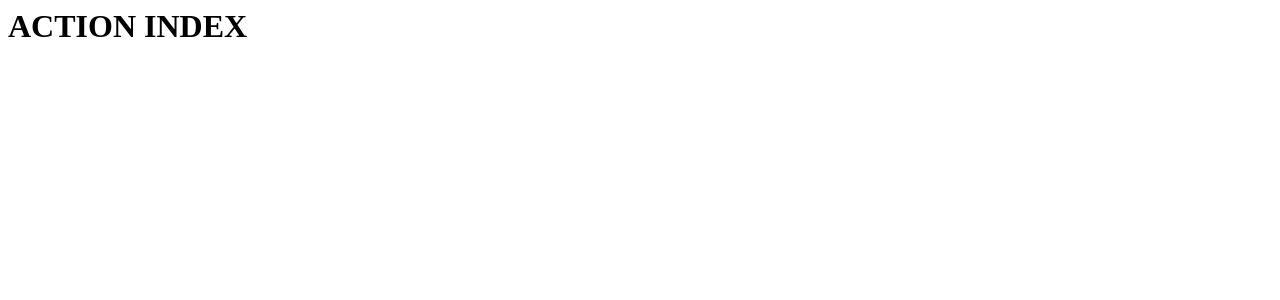
Repository: sherali4/stat
Page: http://localhost/stat/views/my/index.php
The author's editor kept a copy of each file at every save. The page is drawn from the files as they stood at one save, then again after the next save.
The browser window is 1280 px wide. The pictures show the whole page.
The page is run by PHP 8.4 with error messages shown; the project is at /var/www/html/.

Above is the page before, as saved 2021-09-02 20:55:24.

### views/my/index.php
<h1>ACTION INDEX</h1>

<?php

?>

After the next save:
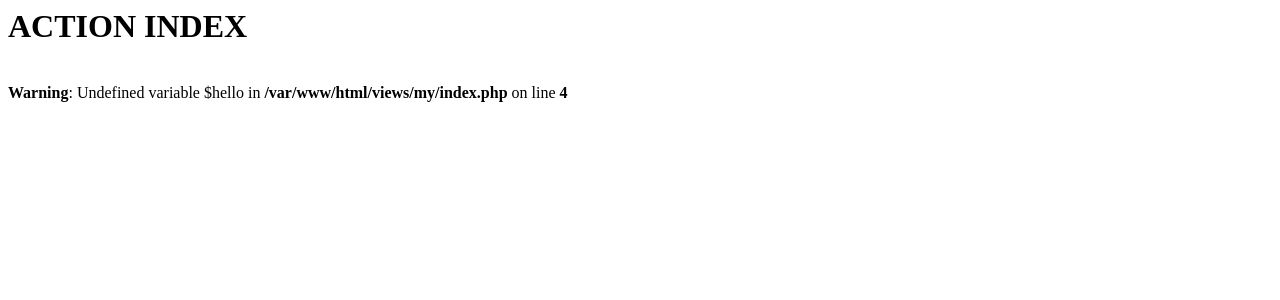
Saved 10 s later.
--- a/views/my/index.php
+++ b/views/my/index.php
@@ -1,5 +1,5 @@
 <h1>ACTION INDEX</h1>
 
 <?php
-
+    echo $hello;
 ?>
